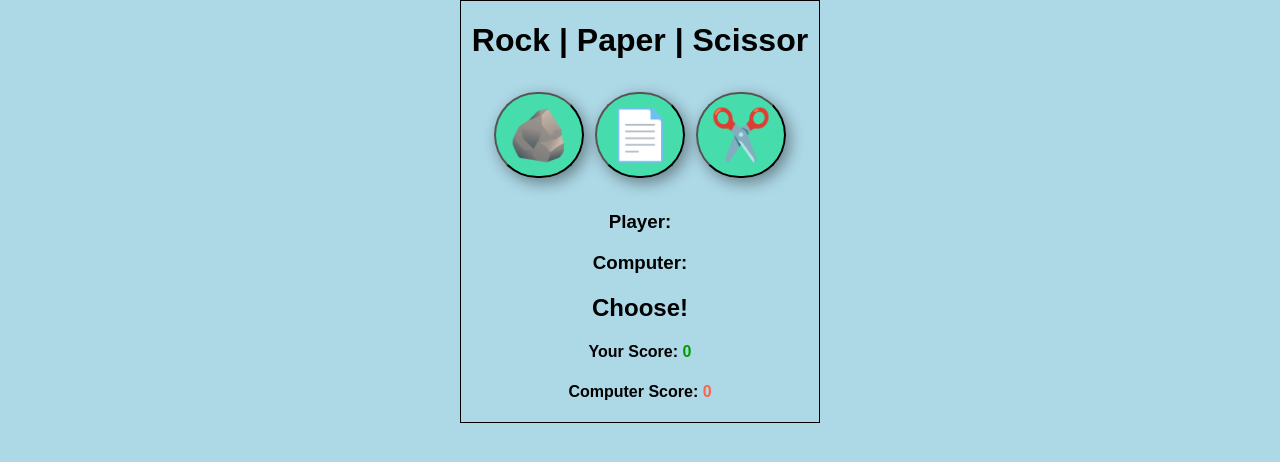
Repository: SakthivelDurai47/Rock-Paper-Sissors
Page: index.html
These files come from the project's save history. The page is drawn as it stood at one moment and after the next save; the edit follows.
The browser window is 1280 px wide. The pictures show the whole page.

Above is the page before, as saved 2025-04-14 23:18:01.

After the next save:
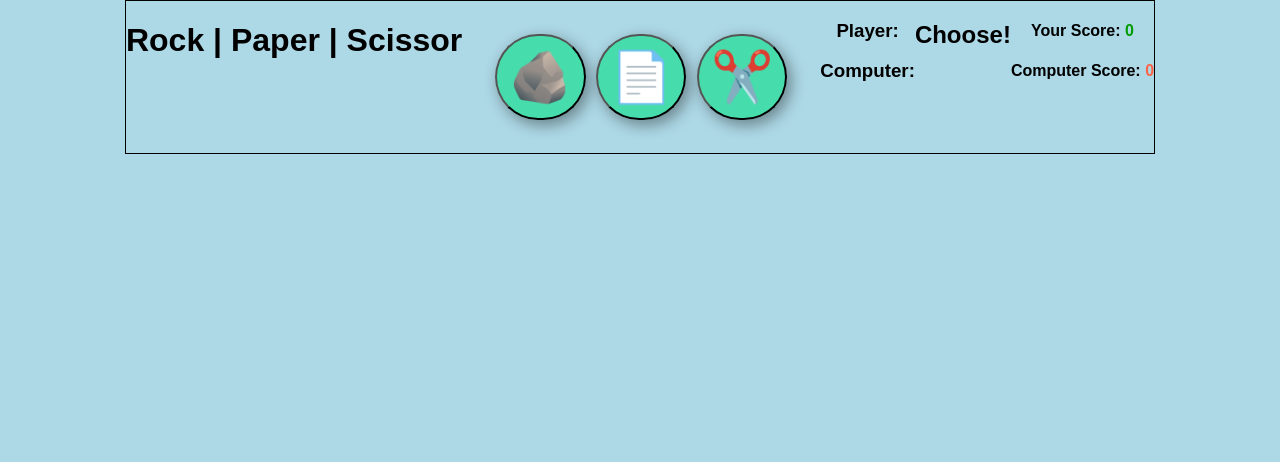
Saved 25 s later.
--- a/styles.css
+++ b/styles.css
@@ -41,4 +41,7 @@
 
 main {
   border: 1px solid black;
+  display: flex;
+  justify-content: center;
+  justify-items: center;
 }

After the save that followed:
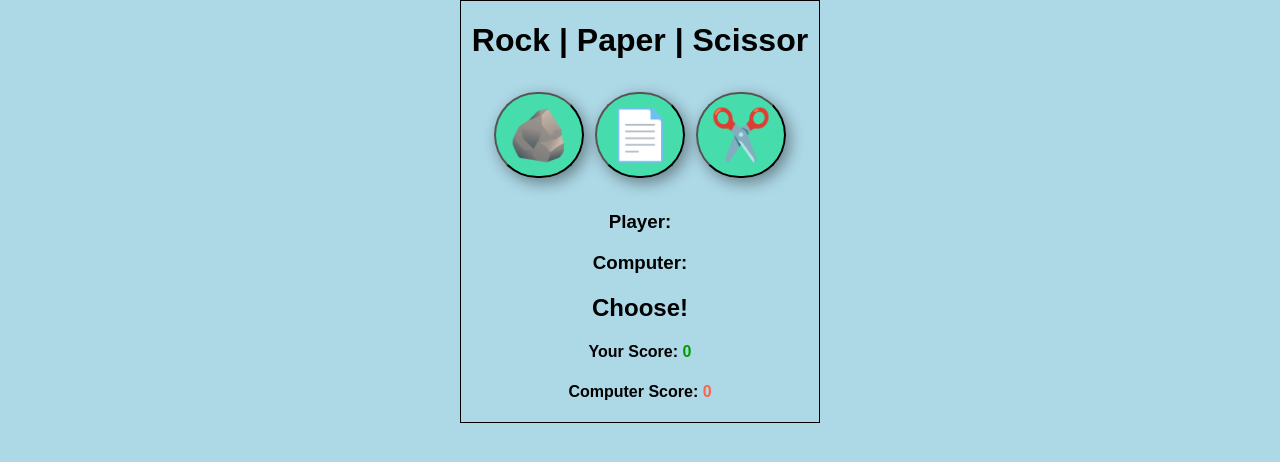
Saved 6 s later.
--- a/styles.css
+++ b/styles.css
@@ -41,7 +41,4 @@
 
 main {
   border: 1px solid black;
-  display: flex;
-  justify-content: center;
-  justify-items: center;
 }
